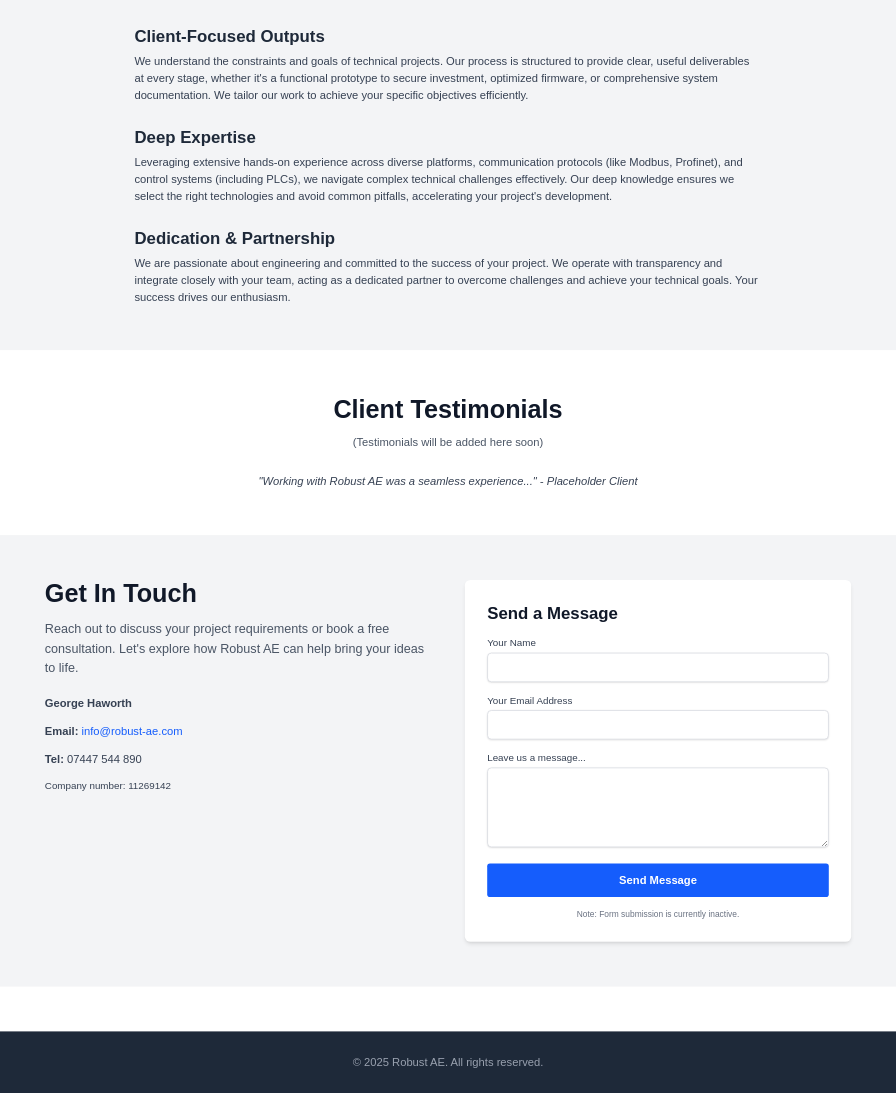
Repository: b0ase/robust-ae.com
Page: /newsite
These files come from the project's save history. The page is drawn as it stood at one moment and after the next save; the edit follows.
The browser window is 1280 px wide. The pictures show the part of the page from y = 1708 to 3628 px (the page is 3270 px tall before and 3628 px after), at 70% of full size.
The project was rebuilt for these pictures with package versions that can differ from the ones it lists, and the page was loaded fresh each time. The framework's server and built-in components were replaced by stand-ins that run in the browser. Also part of the build but not shown: next.config.ts.

Above is the page before, as saved 2025-05-04 23:11:17.

### src/app/layout.tsx
import type { Metadata } from "next";
import { Geist, Geist_Mono } from "next/font/google";
import "./globals.css";

const geistSans = Geist({
  variable: "--font-geist-sans",
  subsets: ["latin"],
});

const geistMono = Geist_Mono({
  variable: "--font-geist-mono",
  subsets: ["latin"],
});

export const metadata: Metadata = {
  title: "Robust AE",
  description: "Embedded Systems Development and Industrial Automation",
};

export default function RootLayout({
  children,
}: Readonly<{
  children: React.ReactNode;
}>) {
  return (
    <html lang="en">
      <body
        className={`${geistSans.variable} ${geistMono.variable} antialiased`}
      >
        {children}
      </body>
    </html>
  );
}

### src/app/newsite/layout.tsx
import SharedLayout from '../shared-layout';

export default function NewSiteLayout({ children }: { children: React.ReactNode }) {
  return <SharedLayout>{children}</SharedLayout>;
}

### src/app/newsite/page.tsx
import React from 'react';
import Image from 'next/image';
import Link from 'next/link';

export default function NewSitePage() {
  return (
    <>
      {/* Hero Section */}
      <section className="bg-gray-100 dark:bg-gray-900 text-center py-20 px-6">
        <div className="container mx-auto">
          {/* Add large centered logo */}
          <Image
            src="/images/logos/AE vector-2.png"
            alt="Robust AE Logo - Hero"
            width={300}  // Larger width
            height={100} // Larger height (adjust as needed)
            className="mx-auto mb-8 dark:invert" // Center horizontally, add margin bottom
            priority // Load this logo early
          />
          <h1 className="text-4xl md:text-5xl font-bold mb-4 text-gray-900 dark:text-white">
            Robust AE: Engineering Your Vision
          </h1>
          <p className="text-lg md:text-xl mb-8 max-w-3xl mx-auto text-gray-600 dark:text-gray-300">
            End-to-end embedded systems development and industrial automation solutions.
            We bring your ideas to life with expert engineering, from concept to production.
          </p>
          {/* Wrap button in Link to scroll to services */}
          <Link href="#services">
            <button className="bg-blue-600 text-white font-semibold px-8 py-3 rounded hover:bg-blue-700 transition duration-300">
              Discover More
            </button>
          </Link>
        </div>
      </section>

      {/* Services Section */}
      <section id="services" className="py-16 px-6 bg-white dark:bg-black">
        <div className="container mx-auto">
          <h2 className="text-3xl md:text-4xl font-bold text-center mb-4 text-gray-900 dark:text-white">
            Our Services
          </h2>
          <p className="text-center text-lg text-gray-600 dark:text-gray-400 mb-12 max-w-2xl mx-auto">
            Explore our core capabilities in embedded systems and industrial automation, designed to bring your projects from concept to reality.
          </p>
          <div className="grid grid-cols-1 md:grid-cols-2 lg:grid-cols-3 gap-8">
            {/* Service Card 1 */}
            <div className="bg-gray-50 dark:bg-gray-800 p-6 rounded-lg shadow-md hover:shadow-lg transition-shadow duration-300">
              <h3 className="text-xl font-semibold mb-3 text-blue-600 dark:text-blue-400">Embedded Systems Development</h3>
              <p className="text-gray-700 dark:text-gray-300 mb-4">
                From initial concept and microcontroller selection to firmware development and testing, we deliver robust and efficient embedded solutions tailored to your specific needs.
              </p>
              <Link href="/services/embedded-systems" className="text-blue-600 dark:text-blue-400 hover:underline font-medium">Learn More &rarr;</Link>
            </div>
            {/* Service Card 2 */}
            <div className="bg-gray-50 dark:bg-gray-800 p-6 rounded-lg shadow-md hover:shadow-lg transition-shadow duration-300">
              <h3 className="text-xl font-semibold mb-3 text-blue-600 dark:text-blue-400">Industrial Automation</h3>
              <p className="text-gray-700 dark:text-gray-300 mb-4">
                Enhance your operational efficiency with custom automation solutions, including PLC programming, control system design, and system integration for industrial environments.
              </p>
              <Link href="/services/industrial-automation" className="text-blue-600 dark:text-blue-400 hover:underline font-medium">Learn More &rarr;</Link>
            </div>
            {/* Service Card 3 (Extrapolated) */}
            <div className="bg-gray-50 dark:bg-gray-800 p-6 rounded-lg shadow-md hover:shadow-lg transition-shadow duration-300">
              <h3 className="text-xl font-semibold mb-3 text-blue-600 dark:text-blue-400">Prototyping &amp; Production Support</h3>
              <p className="text-gray-700 dark:text-gray-300 mb-4">
                We bridge the gap from prototype to production, offering support with PCB design, small-batch manufacturing coordination, and design-for-manufacturability (DFM) guidance.
              </p>
              <Link href="/services/prototyping-production" className="text-blue-600 dark:text-blue-400 hover:underline font-medium">Learn More &rarr;</Link>
            </div>
          </div>
        </div>
      </section>

      {/* Our Approach/Mission Section */}
      <section id="mission" className="py-16 px-6 bg-gray-100 dark:bg-gray-900">
        <div className="container mx-auto max-w-4xl">
          <h2 className="text-3xl md:text-4xl font-bold text-center mb-4 text-gray-900 dark:text-white">
            Our Approach
          </h2>
          <h3 className="text-xl text-center text-blue-600 dark:text-blue-400 font-semibold mb-10">
            Engineering Excellence, Practical Solutions
          </h3>

          <div className="space-y-8 text-gray-700 dark:text-gray-300">
            <p>
              Robust AE provides expert engineering services for businesses needing specialized support in embedded systems development and industrial automation. We focus on delivering professional, practical solutions from concept through to production.
            </p>

            <div>
              <h4 className="text-2xl font-semibold mb-2 text-gray-800 dark:text-white">Robust Design</h4>
              <p>
                We engineer solutions built for reliability and performance. By focusing on robust design principles, thorough testing, and efficient implementation, we create systems that meet demanding requirements and provide long-term value.
              </p>
            </div>

            <div>
              <h4 className="text-2xl font-semibold mb-2 text-gray-800 dark:text-white">Client-Focused Outputs</h4>
              <p>
                We understand the constraints and goals of technical projects. Our process is structured to provide clear, useful deliverables at every stage, whether it&apos;s a functional prototype to secure investment, optimized firmware, or comprehensive system documentation. We tailor our work to achieve your specific objectives efficiently.
              </p>
            </div>

            <div>
              <h4 className="text-2xl font-semibold mb-2 text-gray-800 dark:text-white">Deep Expertise</h4>
              <p>
                Leveraging extensive hands-on experience across diverse platforms, communication protocols (like Modbus, Profinet), and control systems (including PLCs), we navigate complex technical challenges effectively. Our deep knowledge ensures we select the right technologies and avoid common pitfalls, accelerating your project&apos;s development.
              </p>
            </div>

            <div>
              <h4 className="text-2xl font-semibold mb-2 text-gray-800 dark:text-white">Dedication & Partnership</h4>
              <p>
                We are passionate about engineering and committed to the success of your project. We operate with transparency and integrate closely with your team, acting as a dedicated partner to overcome challenges and achieve your technical goals. Your success drives our enthusiasm.
              </p>
            </div>
          </div>
        </div>
      </section>

      {/* Testimonials Section (Placeholder) */}
      <section id="testimonials" className="py-16 px-6 bg-white dark:bg-black">
        <div className="container mx-auto max-w-4xl text-center">
          <h2 className="text-3xl md:text-4xl font-bold mb-4 text-gray-900 dark:text-white">
            Client Testimonials
          </h2>
          <p className="text-gray-600 dark:text-gray-400 mb-8">
            (Testimonials will be added here soon)
          </p>
          {/* Placeholder for testimonial content */}
          <div className="italic text-gray-700 dark:text-gray-300">
            &quot;Working with Robust AE was a seamless experience...&quot; - Placeholder Client
          </div>
        </div>
      </section>

      {/* Contact Section */}
      <section id="contact" className="py-16 px-6 bg-gray-100 dark:bg-gray-900">
        <div className="container mx-auto max-w-6xl grid md:grid-cols-2 gap-12 items-start">
          {/* Contact Info */}
          <div>
            <h2 className="text-3xl md:text-4xl font-bold mb-4 text-gray-900 dark:text-white">
              Get In Touch
            </h2>
            <p className="text-lg text-gray-600 dark:text-gray-400 mb-6">
              Reach out to discuss your project requirements or book a free consultation. Let&apos;s explore how Robust AE can help bring your ideas to life.
            </p>
            <div className="space-y-4 text-gray-700 dark:text-gray-300">
              <p>
                <strong>George Haworth</strong>
              </p>
              <p>
                <strong>Email:</strong> <a href="mailto:info@robust-ae.com" className="text-blue-600 dark:text-blue-400 hover:underline">info@robust-ae.com</a>
              </p>
              <p>
                <strong>Tel:</strong> <a href="tel:07447544890" className="hover:underline">07447 544 890</a>
              </p>
              {/* Add Address if available/needed */}
              {/* <p>
                <strong>Address:</strong> [Your Address Here]
              </p> */}
               <p className="text-sm mt-4">
                Company number: 11269142
               </p>
            </div>
          </div>

          {/* Contact Form (Frontend Structure Only) */}
          <form className="bg-white dark:bg-gray-800 p-8 rounded-lg shadow-md space-y-4">
             <h3 className="text-2xl font-semibold mb-4 text-gray-900 dark:text-white">Send a Message</h3>
            <div>
              <label htmlFor="name" className="block text-sm font-medium text-gray-700 dark:text-gray-300 mb-1">Your Name</label>
              <input type="text" id="name" name="name" required className="w-full px-3 py-2 border border-gray-300 dark:border-gray-600 rounded-md shadow-sm focus:outline-none focus:ring-blue-500 focus:border-blue-500 dark:bg-gray-700 dark:text-white" />
            </div>
            <div>
              <label htmlFor="email" className="block text-sm font-medium text-gray-700 dark:text-gray-300 mb-1">Your Email Address</label>
              <input type="email" id="email" name="email" required className="w-full px-3 py-2 border border-gray-300 dark:border-gray-600 rounded-md shadow-sm focus:outline-none focus:ring-blue-500 focus:border-blue-500 dark:bg-gray-700 dark:text-white" />
            </div>
            <div>
              <label htmlFor="message" className="block text-sm font-medium text-gray-700 dark:text-gray-300 mb-1">Leave us a message...</label>
              <textarea id="message" name="message" rows={4} required className="w-full px-3 py-2 border border-gray-300 dark:border-gray-600 rounded-md shadow-sm focus:outline-none focus:ring-blue-500 focus:border-blue-500 dark:bg-gray-700 dark:text-white"></textarea>
            </div>
            <div>
              <button type="submit" className="w-full bg-blue-600 text-white font-semibold px-6 py-3 rounded hover:bg-blue-700 transition duration-300">
                Send Message
              </button>
            </div>
             <p className="text-xs text-center text-gray-500 dark:text-gray-400">Note: Form submission is currently inactive.</p>
          </form>
        </div>
      </section>
    </>
  );
}

### src/app/shared-layout.tsx
"use client"; // Mark as Client Component for theme state

import React, { useState, useEffect } from 'react';
import Image from 'next/image';
import Link from 'next/link';

// This component defines the shared structure (header, footer, theme)
export default function SharedLayout({ children }: { children: React.ReactNode }) {
  // State for theme management
  const [theme, setTheme] = useState('dark');

  // Effect to apply theme class and set initial state
  useEffect(() => {
    if (theme === 'dark') {
      document.documentElement.classList.add('dark');
    } else {
      document.documentElement.classList.remove('dark');
    }
    // Optional: Save theme preference to localStorage if needed
  }, [theme]);

  // Function to toggle theme
  const toggleTheme = () => {
    setTheme(theme === 'light' ? 'dark' : 'light');
  };

  return (
    <div className="bg-white dark:bg-black text-gray-800 dark:text-gray-200 min-h-screen">
      {/* Header Section - Insert Actual Code */}
      <header className="sticky top-0 z-50 bg-white dark:bg-black border-b border-gray-200 dark:border-gray-700 shadow-md">
        <nav className="container mx-auto px-6 py-3 flex justify-between items-center">
          <div>
            <Link href="/newsite">
              <Image
                src="/images/logos/AE vector-2.png"
                alt="Robust AE Logo"
                width={120} // Keep small size
                height={40}
                className="dark:invert"
               />
            </Link>
          </div>
          <div className="space-x-4 flex items-center">
            <Link href="/newsite#services" className="hover:text-blue-600 dark:hover:text-blue-400">Services</Link>
            <Link href="/newsite#contact" className="hover:text-blue-600 dark:hover:text-blue-400">Contact</Link>
            <Link href="/" className="bg-blue-600 text-white px-4 py-2 rounded hover:bg-blue-700">Home</Link>
            {/* Theme Toggle Button */}
            <button
              onClick={toggleTheme}
              className="p-2 rounded bg-gray-200 dark:bg-gray-800 hover:bg-gray-300 dark:hover:bg-gray-700"
              aria-label="Toggle theme"
            >
              {theme === 'light' ? (
                <svg xmlns="http://www.w3.org/2000/svg" className="h-5 w-5 text-gray-800" fill="none" viewBox="0 0 24 24" stroke="currentColor"><path strokeLinecap="round" strokeLinejoin="round" strokeWidth={2} d="M20.354 15.354A9 9 0 018.646 3.646 9.003 9.003 0 0012 21a9.003 9.003 0 008.354-5.646z" /></svg>
              ) : (
                <svg xmlns="http://www.w3.org/2000/svg" className="h-5 w-5 text-gray-200" fill="none" viewBox="0 0 24 24" stroke="currentColor"><path strokeLinecap="round" strokeLinejoin="round" strokeWidth={2} d="M12 3v1m0 16v1m9-9h-1M4 12H3m15.364 6.364l-.707-.707M6.343 6.343l-.707-.707m12.728 0l-.707.707M6.343 17.657l-.707.707M16 12a4 4 0 11-8 0 4 4 0 018 0z" /></svg>
              )}
            </button>
             {/* Admin Link */}
             <Link href="/admin" className="p-2 rounded hover:bg-gray-100 dark:hover:bg-gray-700" title="Admin Login">
               <svg xmlns="http://www.w3.org/2000/svg" className="h-5 w-5 text-gray-600 dark:text-gray-400" fill="none" viewBox="0 0 24 24" stroke="currentColor" strokeWidth={2}>
                 <path strokeLinecap="round" strokeLinejoin="round" d="M12 15v2m-6 4h12a2 2 0 002-2v-6a2 2 0 00-2-2H6a2 2 0 00-2 2v6a2 2 0 002 2zm10-10V7a4 4 0 00-8 0v4h8z" />
               </svg>
             </Link>
          </div>
        </nav>
      </header>

      {/* Render the actual page content here */}
      <main>{children}</main>

       {/* Footer Section - Insert Actual Code */}
       <footer className="bg-gray-800 dark:bg-black text-gray-400 dark:text-gray-500 py-8 mt-16">
         <div className="container mx-auto text-center">
           <p>© {new Date().getFullYear()} Robust AE. All rights reserved.</p>
           {/* Add footer links if needed */}
         </div>
       </footer>
    </div>
  );
}

Loaded but not shown: src/app/globals.css (common file)

After the next save:
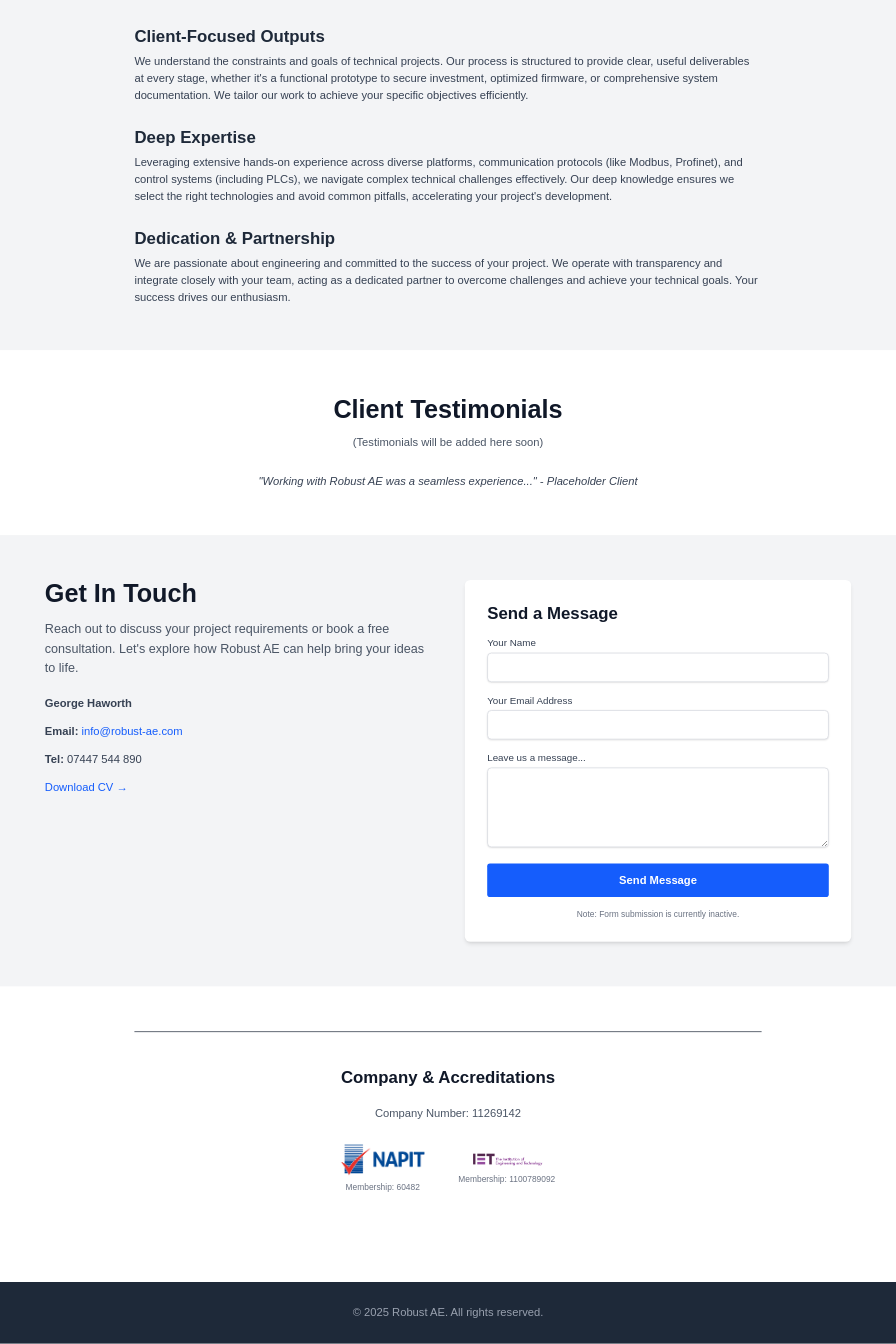
Saved 21 s later.
--- a/src/app/newsite/page.tsx
+++ b/src/app/newsite/page.tsx
@@ -154,13 +154,16 @@
               <p>
                 <strong>Tel:</strong> <a href="tel:07447544890" className="hover:underline">07447 544 890</a>
               </p>
-              {/* Add Address if available/needed */}
-              {/* <p>
-                <strong>Address:</strong> [Your Address Here]
-              </p> */}
-               <p className="text-sm mt-4">
-                Company number: 11269142
-               </p>
+              {/* Add CV Download Link */}
+              <p>
+                <a
+                  href="/images/logos/George_Haworth_CV_23042025.pdf"
+                  download
+                  className="text-blue-600 dark:text-blue-400 hover:underline font-medium"
+                >
+                  Download CV &rarr;
+                </a>
+              </p>
             </div>
           </div>
 
@@ -188,6 +191,42 @@
           </form>
         </div>
       </section>
+
+      {/* Insert Company Info/Logos Section */}
+      <section id="company-info" className="py-16 px-6 bg-white dark:bg-black">
+        <div className="container mx-auto max-w-4xl text-center border-t dark:border-gray-700 pt-12">
+          <h2 className="text-2xl font-semibold mb-6 text-gray-900 dark:text-white">
+            Company &amp; Accreditations
+          </h2>
+          <p className="text-gray-600 dark:text-gray-400 mb-8">
+            Company Number: 11269142
+          </p>
+          <div className="flex justify-center items-center gap-12 flex-wrap">
+            {/* NAPIT Logo & Info */}
+            <div className="text-center">
+              <Image
+                src="/images/logos/napit-logo.png"
+                alt="NAPIT Logo"
+                width={120} // Adjust size as needed
+                height={60}
+                className="mx-auto object-contain mb-2"
+              />
+              <p className="text-xs text-gray-500 dark:text-gray-400">Membership: 60482</p>
+            </div>
+            {/* IET Logo & Info */}
+            <div className="text-center">
+               <Image
+                 src="/images/logos/iet-logo.jpg"
+                 alt="IET Logo"
+                 width={120} // Adjust size as needed
+                 height={60}
+                 className="mx-auto object-contain mb-2"
+               />
+               <p className="text-xs text-gray-500 dark:text-gray-400">Membership: 1100789092</p>
+            </div>
+          </div>
+        </div>
+      </section>
     </>
   );
 }
